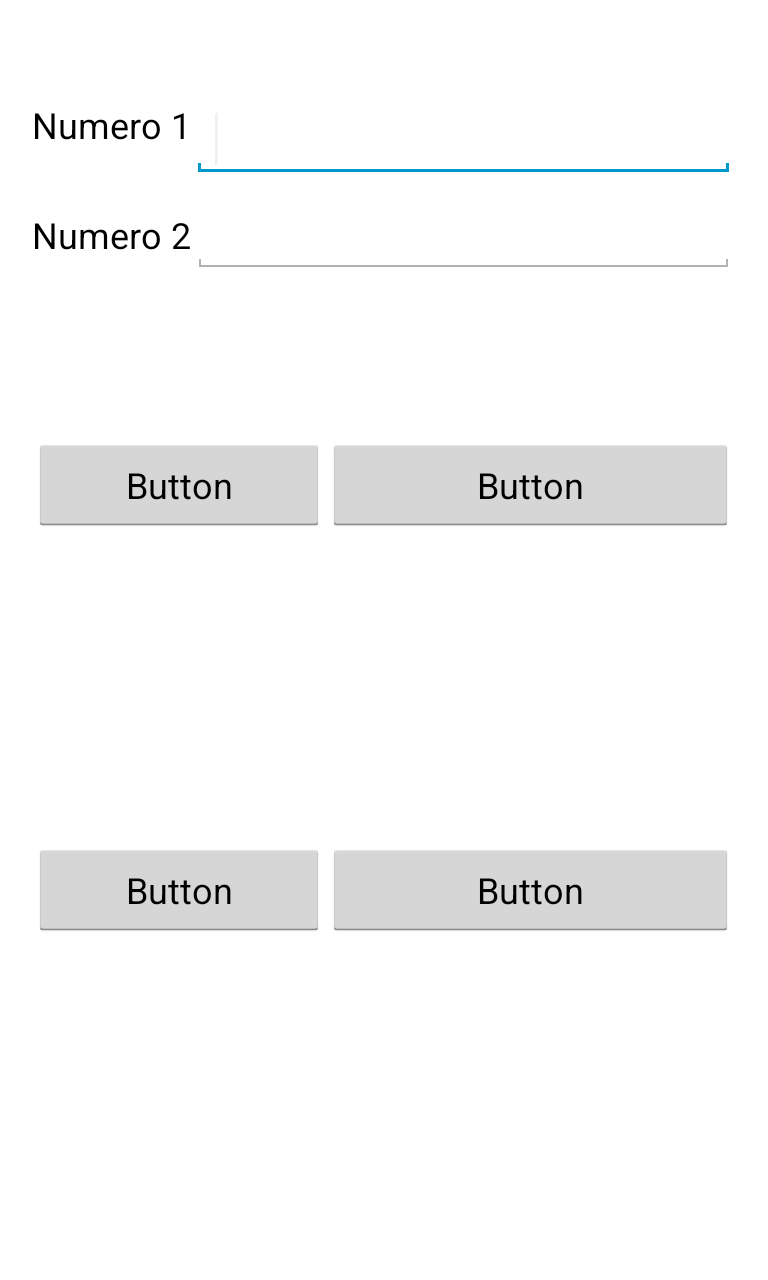
Repository: evervasquez/CursoAndroid
Layout: Precalculadora/res/layout/fragment_main.xml
The author's editor kept a copy of each file at every save. The layout is drawn from the files as they stood at one save, then again after a run of saves.
It is drawn on a 768 x 1280 px phone screen (xhdpi) without system bars, with theme AppTheme; the app's code is not run.

Above is the layout before, as saved 2014-04-29 03:31:51.

### Precalculadora/res/layout/fragment_main.xml
<LinearLayout xmlns:android="http://schemas.android.com/apk/res/android"
    xmlns:tools="http://schemas.android.com/tools"
    android:layout_width="match_parent"
    android:layout_height="match_parent"
    android:paddingBottom="@dimen/activity_vertical_margin"
    android:paddingLeft="@dimen/activity_horizontal_margin"
    android:paddingRight="@dimen/activity_horizontal_margin"
    android:paddingTop="@dimen/activity_vertical_margin"
    android:orientation="vertical"
    tools:context="com.android.precalculadora.MainActivity$PlaceholderFragment" >

    <RelativeLayout
        android:id="@+id/liner1"
        android:layout_width="fill_parent"
        android:layout_height="0dp"
        android:layout_weight="1"
        android:orientation="horizontal" >

        <EditText
            android:id="@+id/editText1"
            android:layout_width="wrap_content"
            android:layout_height="wrap_content"
            android:layout_alignParentRight="true"
            android:layout_alignTop="@+id/textView1"
            android:layout_toRightOf="@+id/textView1"
            android:ems="10"
            android:inputType="numberDecimal" >

            <requestFocus />
        </EditText>

        <TextView
            android:id="@+id/textView1"
            android:layout_width="wrap_content"
            android:layout_height="wrap_content"
            android:layout_alignParentLeft="true"
            android:layout_alignParentTop="true"
            android:layout_marginTop="34dp"
            android:text="@string/txt_num1"
            android:textAppearance="?android:attr/textAppearanceMedium" />

        <TextView
            android:id="@+id/textView2"
            android:layout_width="wrap_content"
            android:layout_height="wrap_content"
            android:layout_alignParentLeft="true"
            android:layout_centerVertical="true"
            android:text="@string/txt_num2"
            android:textAppearance="?android:attr/textAppearanceMedium" />

        <EditText
            android:id="@+id/editText2"
            android:layout_width="wrap_content"
            android:layout_height="wrap_content"
            android:layout_alignBaseline="@+id/textView2"
            android:layout_alignBottom="@+id/textView2"
            android:layout_alignLeft="@+id/editText1"
            android:layout_alignParentRight="true"
            android:ems="10"
            android:inputType="numberDecimal" />

    </RelativeLayout>

	<LinearLayout
	    android:id="@+id/liner2"
	    android:layout_width="fill_parent"
	    android:layout_height="0dp"
	    android:layout_weight="1"
	    android:orientation="horizontal" >

	    <Button
	        android:id="@+id/button1"
	        android:layout_width="wrap_content"
	        android:layout_height="wrap_content"
	        android:layout_weight="0.33"
	        android:text="Button" />

	    <Button
	        android:id="@+id/button2"
	        android:layout_width="wrap_content"
	        android:layout_height="wrap_content"
	        android:layout_weight="0.60"
	        android:text="Button" />
	</LinearLayout>
	<LinearLayout
	    android:id="@+id/liner4"
	    android:layout_width="fill_parent"
	    android:layout_height="0dp"
	    android:layout_weight="1"
	    android:orientation="horizontal" >

	    <Button
	        android:id="@+id/button1"
	        android:layout_width="wrap_content"
	        android:layout_height="wrap_content"
	        android:layout_weight="0.33"
	        android:text="Button" />

	    <Button
	        android:id="@+id/button2"
	        android:layout_width="wrap_content"
	        android:layout_height="wrap_content"
	        android:layout_weight="0.60"
	        android:text="Button" />
	</LinearLayout>
</LinearLayout>

### Precalculadora/res/values/strings.xml
<?xml version="1.0" encoding="utf-8"?>
<resources>

    <string name="app_name">Precalculadora</string>
    <string name="hello_world">Hello world!</string>
    <string name="action_settings">Settings</string>
    <string name="txt_num1">Numero 1</string>
    <string name="txt_num2">Numero 2</string>

</resources>

Loaded but not shown: Precalculadora/res/values/styles.xml (common file); Precalculadora/res/values-v11/styles.xml (common file); Precalculadora/res/values-v14/styles.xml (common file); Precalculadora/res/values/dimens.xml (common file); Precalculadora/res/values-w820dp/dimens.xml (common file)

After the next 2 saves:
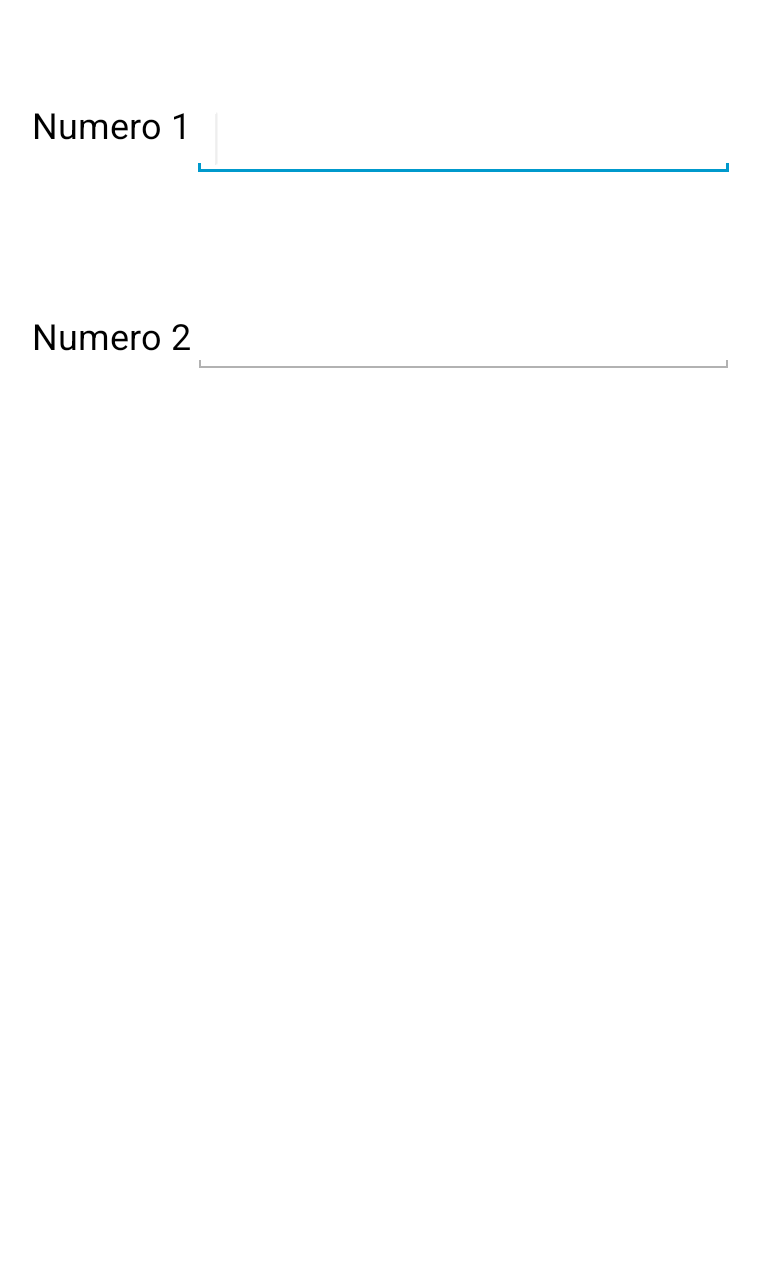
The 2 saves are shown as one change because they came seconds apart.
The last was saved 21 s later.
--- a/Precalculadora/res/layout/fragment_main.xml
+++ b/Precalculadora/res/layout/fragment_main.xml
@@ -68,39 +68,6 @@
 	    android:layout_weight="1"
 	    android:orientation="horizontal" >
 
-	    <Button
-	        android:id="@+id/button1"
-	        android:layout_width="wrap_content"
-	        android:layout_height="wrap_content"
-	        android:layout_weight="0.33"
-	        android:text="Button" />
+	</LinearLayout>
 
-	    <Button
-	        android:id="@+id/button2"
-	        android:layout_width="wrap_content"
-	        android:layout_height="wrap_content"
-	        android:layout_weight="0.60"
-	        android:text="Button" />
-	</LinearLayout>
-	<LinearLayout
-	    android:id="@+id/liner4"
-	    android:layout_width="fill_parent"
-	    android:layout_height="0dp"
-	    android:layout_weight="1"
-	    android:orientation="horizontal" >
-
-	    <Button
-	        android:id="@+id/button1"
-	        android:layout_width="wrap_content"
-	        android:layout_height="wrap_content"
-	        android:layout_weight="0.33"
-	        android:text="Button" />
-
-	    <Button
-	        android:id="@+id/button2"
-	        android:layout_width="wrap_content"
-	        android:layout_height="wrap_content"
-	        android:layout_weight="0.60"
-	        android:text="Button" />
-	</LinearLayout>
 </LinearLayout>
